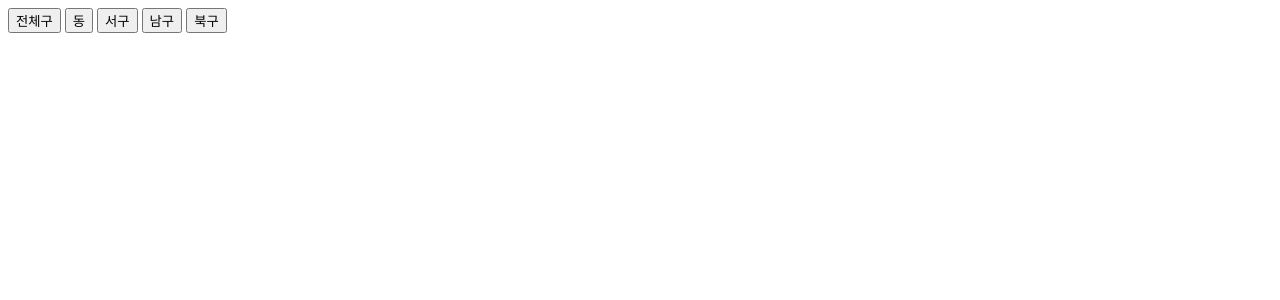
Repository: dongcmd/dong_jsp
Page: ajaxStudy/src/main/webapp/ex11_xml.html
The author's editor kept a copy of each file at every save. The page is drawn from the files as they stood at one save, then again after the next save.
The browser window is 1280 px wide. The pictures show the whole page.

Above is the page before, as saved 2025-04-22 03:46:25.

### ajaxStudy/src/main/webapp/ex11_xml.html
<!DOCTYPE html>
<html>
<head>
<meta charset="UTF-8">
<title>Insert title here</title>
</head>
<body>
<button id="allbtn">전체구</button>
<button id="allbtn">동</button>
<button id="allbtn">서구</button>
<button id="allbtn">남구</button>
<button id="allbtn">북구</button>
<div id="state"></div>
<script src="https://ajax.googleapis.com/ajax/libs/jquery/3.7.1/jquery.min.js"></script>
<script>
$(function() {
	$("#allbtn").click(function(){
		$("#state").html("");
		$.ajax("ex11_address.xml",{
			success:function(data){
				$("#state").append("<ul>");
				$(data).find("state").each(function(){
					$("#state").append("<li>"+$(this).text()+"</li>")
				})
				$("#state").append("</ul>")
			}, error : function(e) {
				alert("서버오류 : " + e.status);
			}
		})
	})
})
</script>

</body>
</html>

After the next save:
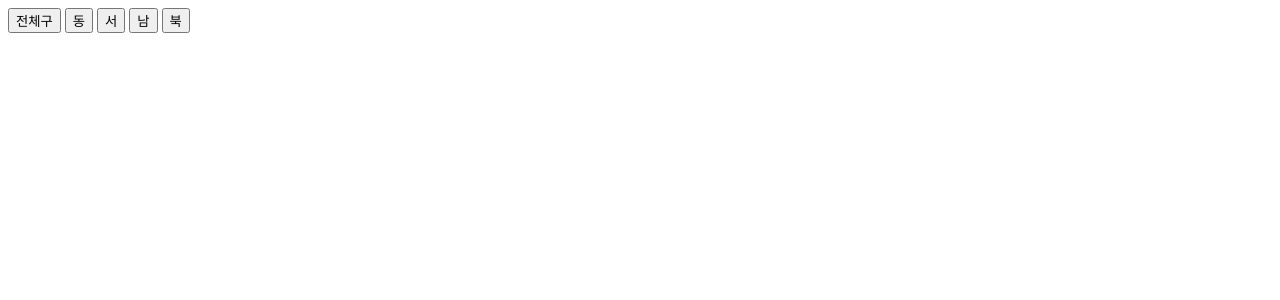
Saved 84 min 19 s later.
--- a/ajaxStudy/src/main/webapp/ex11_xml.html
+++ b/ajaxStudy/src/main/webapp/ex11_xml.html
@@ -6,10 +6,10 @@
 </head>
 <body>
 <button id="allbtn">전체구</button>
-<button id="allbtn">동</button>
-<button id="allbtn">서구</button>
-<button id="allbtn">남구</button>
-<button id="allbtn">북구</button>
+<button id="stateprint('east')">동</button>
+<button id="stateprint('west')">서</button>
+<button id="stateprint('south')">남</button>
+<button id="stateprint(north)">북</button>
 <div id="state"></div>
 <script src="https://ajax.googleapis.com/ajax/libs/jquery/3.7.1/jquery.min.js"></script>
 <script>
